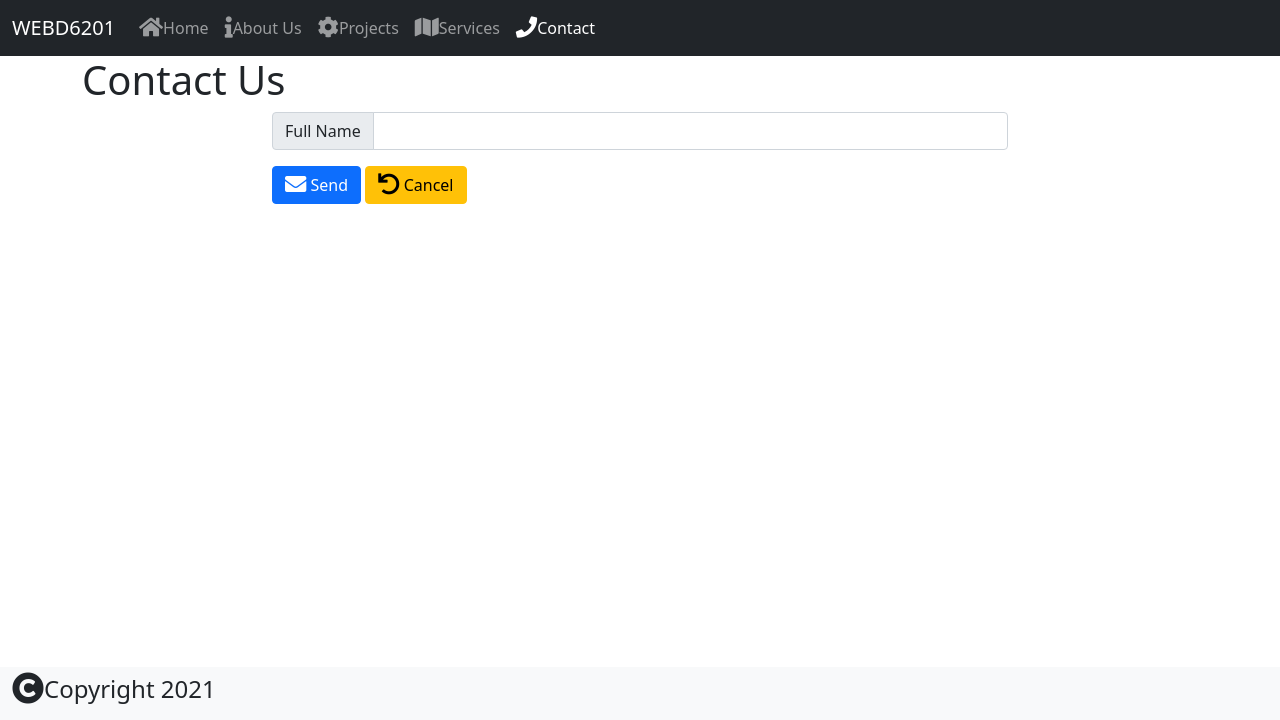
Repository: deividwsantoss/webd6201-W2021-ICE1
Page: contact.html
The author's editor kept a copy of each file at every save. The page is drawn from the files as they stood at one save, then again after the next save.
The browser window is 1280 px wide. The pictures show the whole page.

Above is the page before, as saved 2021-02-02 13:06:45.

### contact.html
<!DOCTYPE html>
<html lang="en">
<head>
    <meta charset="UTF-8">
    <meta name="viewport" content="width=device-width, initial-scale=1.0">
    <title>Contact</title>
</head>
<!-- CSS SECTION -->
<link rel="stylesheet" href="./node_modules/bootstrap/dist/css/bootstrap.min.css">
<link rel="stylesheet" href="./node_modules/@fortawesome/fontawesome-free/css/all.min.css">
<link rel="stylesheet" href="./Content/app.css">

<body>
    <!-- MAIN HEADER-->
    <header>
        <!-- Main Navegation-->
        <nav class="navbar navbar-expand-lg navbar-dark bg-dark">
            <div class="container-fluid">
              <a class="navbar-brand" href="Index.html">WEBD6201</a>
              <button class="navbar-toggler" type="button" data-bs-toggle="collapse" data-bs-target="#navbarSupportedContent" aria-controls="navbarSupportedContent" aria-expanded="false" aria-label="Toggle navigation">
                <span class="navbar-toggler-icon"></span>
              </button>
              <div class="collapse navbar-collapse" id="navbarSupportedContent">
                <ul class="navbar-nav me-auto mb-2 mb-lg-0">
                  <li class="nav-item">
                    <a class="nav-link" aria-current="page" href="Index.html"><i class="fas fa-home fa-lg"></i>Home</a>
                  </li>
                  <li class="nav-item">
                    <a class="nav-link" aria-current="page" href="about.html"><i class="fas fa-info fa-lg"></i>About Us</a>
                  </li>
                  <li class="nav-item">
                    <a class="nav-link" aria-current="page" href="projects.html"><i class="fas fa-cog fa-lg"></i>Projects</a>
                  </li>
                  <li class="nav-item">
                    <a class="nav-link" aria-current="page" href="services.html"><i class="fas fa-map fa-lg"></i>Services</a>
                  </li>
                  <li class="nav-item">
                    <a class="nav-link active" aria-current="page" href="contact.html"><i class="fas fa-phone fa-lg"></i>Contact</a>
                  </li>

                </ul>

              </div>
            </div>
          </nav>
    </header>
    <!-- Main content-->
    <main class="container">
      <h1>Contact Us</h1>

        <div class="row justify-content-lg-center">

        <form class="col-lg-8 col-md-8 col-sm-10">


          <div class="input-group mb-3">
            <span class="input-group-text" id="inputGroup-sizing-default">Full Name</span>
            <input id="fullName" type="text" class="form-control" aria-label="Full Name" aria-describedby="Full Name Input" name="fullname" required>
          </div>

          <button type="submit" class="btn btn-primary"><i class="fas fa-envelope fa-lg"></i>  Send</button>
          <button type="reset" class="btn btn-warning"><i class="fas fa-undo fa-lg"></i>  Cancel</button>
        </form>
      </div>
    </main>

    <!-- Main Footer -->
    <footer>
        <nav class="navbar fixed-bottom navbar-light bg-light">
            <div class="container-fluid">
                <h4><i class="fas fa-copyright fa-lg"></i>Copyright 2021 </h4>
            </div>
          </nav>

    </footer>
    <!-- Script Section-->
    <script src="./node_modules/jquery/dist/jquery.min.js"></script>
    <script src="./node_modules/bootstrap/dist/js/bootstrap.bundle.min.js"></script>
    <script src="./Scripts/app.js"></script>
</body>
</html>

### Scripts/app.js
/* Custom JavaScript goes here */


// IIFE -
//AKA - Anonymous self-excuting function

"use strict";

(function()
{
    function displayHome(){

        let paragraphOneText = "This is a simple site to demonstrate DOM manipulation for ICE 1";
        let paragraphOneElement = document.getElementById("paragraphOne");

        //let paragraphOneParagraph = document.getElementsByTagName("p")[0];
        //let paragraphOneQuery = document.querySelector("p");
        //let paragraphOneQuerys = document.querySelectorAll("p")[0];

        paragraphOneElement.textContent = paragraphOneText;
        paragraphOneElement.className = "fs-5";

        //SECOND METHOD
        //Step 1. document.createElement
        let newParagraph = document.createElement("p");
        //configure the element
        newParagraph.setAttribute("id", "paragraphTwo");
        newParagraph.textContent = "... And this is Paragraph Two";
        //step 3. Select the parent element
        let mainContent = document.getElementsByTagName("main")[0];
        //step 4. Add / Insert the element
        mainContent.appendChild(newParagraph);

        newParagraph.className = "fs-5";

        //  Another way to insert
        let paragraphDiv = document.createElement('div');
          let paragraphThree = `<p class="fs-7 fw-bold">And this is the Third Paragraph</p>`
        paragraphDiv.innerHTML = paragraphThree;

        newParagraph.before(paragraphDiv);

        // Deletions

        //removing simple element
        // paragraphOneElement.remove();

        //example of remove child
        // mainContent.removeChild(paragraphOneElement);

        // UPDATE - MODIFICATION

        //mainContent.firstElementChild.textContent = "Welcome Home";

        mainContent.innerHTML =
        `<h1 id="firstHeading">Welcome to WEBD6201 </h1>
        <p id="paragraphOne" class="fs-3">This is my first paragraph</p>
        `

    }
    function displayAbout(){

    }
    function displayProjects(){

    }
    function displayServices(){

    }
    function displayContact(){

    }

    function Start()
    {
        console.log("App Started...");
        switch(document.title)
        {
            case 'Home':
                displayHome();
                break;
            case 'About':
                displayAbout();
                break;
            case 'Projects':
                displayProjects();
                break;
            case 'Services':
                displayServices();
                break;
            case 'Contact':
                displayContact();
                    break;
        }


    }
    window.addEventListener("load", Start);


})();

Loaded but not shown: node_modules/bootstrap/dist/css/bootstrap.min.css (library); node_modules/@fortawesome/fontawesome-free/css/all.min.css (library); node_modules/jquery/dist/jquery.min.js (library); node_modules/bootstrap/dist/js/bootstrap.bundle.min.js (library); Content/app.css (no stored copy; drawn as an empty file)

After the next save:
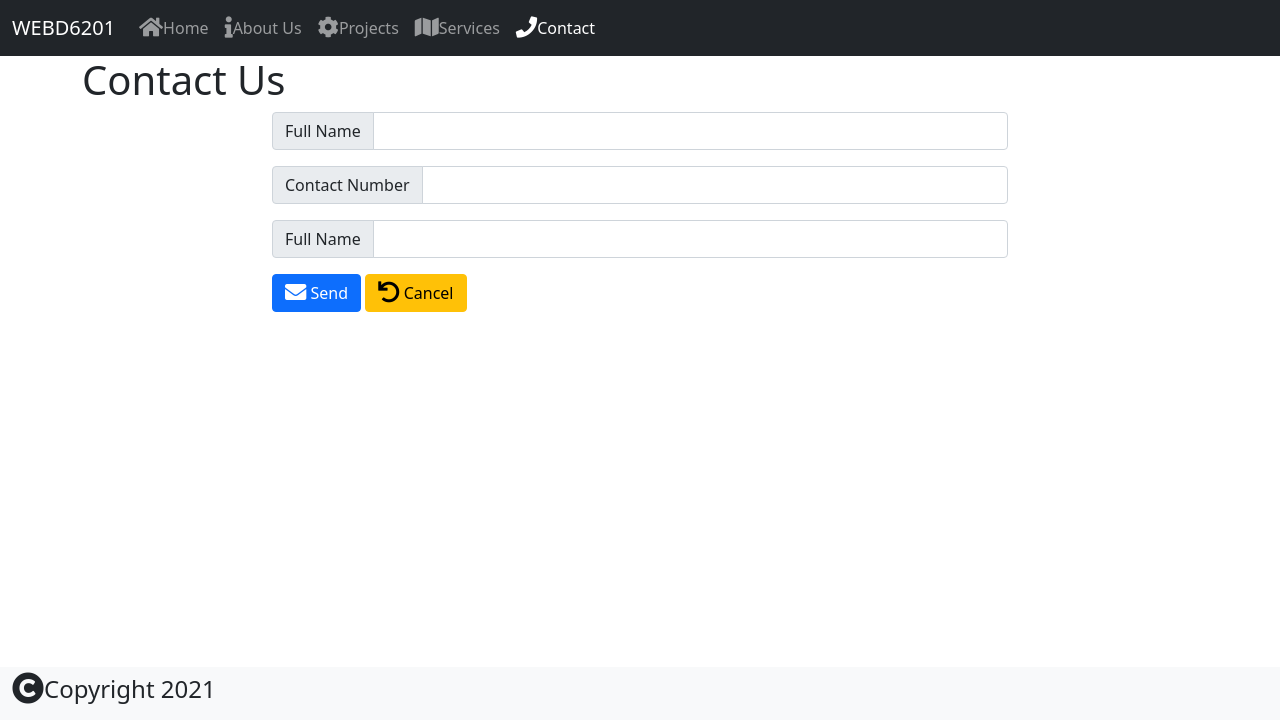
Saved 3 min 52 s later.
--- a/contact.html
+++ b/contact.html
@@ -55,7 +55,17 @@
 
           <div class="input-group mb-3">
             <span class="input-group-text" id="inputGroup-sizing-default">Full Name</span>
-            <input id="fullName" type="text" class="form-control" aria-label="Full Name" aria-describedby="Full Name Input" name="fullname" required>
+            <input id="fullName" type="text" class="form-control" aria-label="Full Name" aria-describedby="Full Name Input" name="fullName" required>
+          </div>
+
+          <div class="input-group mb-3">
+            <span class="input-group-text" id="inputGroup-sizing-default">Contact Number</span>
+            <input id="contactNumber" type="tel" class="form-control" aria-label="Full Name" aria-describedby="Full Name Input" name="contactNumber" required>
+          </div>
+
+          <div class="input-group mb-3">
+            <span class="input-group-text" id="inputGroup-sizing-default">Full Name</span>
+            <input id="emailAddress" type="email" class="form-control" aria-label="E-mail Address" aria-describedby="Email Address Input" name="contactNumber" required>
           </div>
 
           <button type="submit" class="btn btn-primary"><i class="fas fa-envelope fa-lg"></i>  Send</button>
